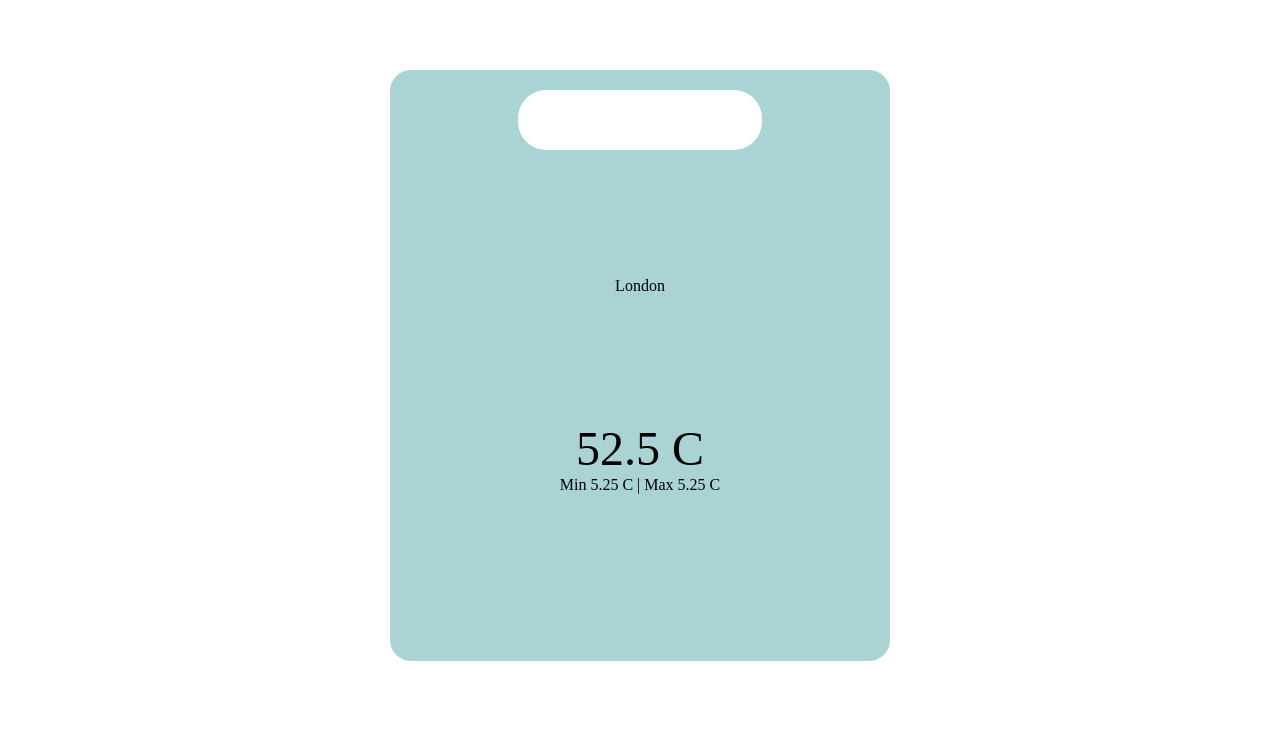
Repository: WajihaGul/Weather-App
Page: /
The author's editor kept a copy of each file at every save. The page is drawn from the files as they stood at one save, then again after the next save.
The browser window is 1280 px wide. The pictures show the whole page.
The project was rebuilt for these pictures with package versions that can differ from the ones it lists, and the page was loaded fresh each time. Also part of the build but not shown: src/index.css.

Above is the page before, as saved 2024-05-29 18:15:11.

### public/index.html
<!DOCTYPE html>
<html lang="en">
  <head>
    <meta charset="utf-8" />
    <link rel="icon" href="%PUBLIC_URL%/favicon.ico" />
    <meta name="viewport" content="width=device-width, initial-scale=1" />
    <meta name="theme-color" content="#000000" />
    <meta
      name="description"
      content="Web site created using create-react-app"
    />
    <link rel="apple-touch-icon" href="%PUBLIC_URL%/logo192.png" />
    <!--
      manifest.json provides metadata used when your web app is installed on a
      user's mobile device or desktop. See https://developers.google.com/web/fundamentals/web-app-manifest/
    -->
    <link rel="stylesheet" href="https://cdnjs.cloudflare.com/ajax/libs/font-awesome/6.5.2/css/all.min.css" integrity="sha512-SnH5WK+bZxgPHs44uWIX+LLJAJ9/2PkPKZ5QiAj6Ta86w+fsb2TkcmfRyVX3pBnMFcV7oQPJkl9QevSCWr3W6A==" crossorigin="anonymous" referrerpolicy="no-referrer" />
    <link rel="manifest" href="%PUBLIC_URL%/manifest.json" />
    <!--
      Notice the use of %PUBLIC_URL% in the tags above.
      It will be replaced with the URL of the `public` folder during the build.
      Only files inside the `public` folder can be referenced from the HTML.

      Unlike "/favicon.ico" or "favicon.ico", "%PUBLIC_URL%/favicon.ico" will
      work correctly both with client-side routing and a non-root public URL.
      Learn how to configure a non-root public URL by running `npm run build`.
    -->
    <title>Weather App</title>
  </head>
  <body>
    <noscript>You need to enable JavaScript to run this app.</noscript>
    <div id="root"></div>
    <!--
      This HTML file is a template.
      If you open it directly in the browser, you will see an empty page.

      You can add webfonts, meta tags, or analytics to this file.
      The build step will place the bundled scripts into the <body> tag.

      To begin the development, run `npm start` or `yarn start`.
      To create a production bundle, use `npm run build` or `yarn build`.
    -->
  </body>
</html>

### src/App.js
import Weather from "./Components/Weather/Weather";
function App() {
  return <Weather />;
}

export default App;

### src/Components/Weather/Weather.jsx
import { TiWeatherCloudy } from "react-icons/ti";
import styles from "./Weather.module.css";
const Weather = () => {
  return (
    <>
      <div className={styles.divhead}>
        <div>
          <input className={styles.search} type="search" />
        </div>
        <div className={styles.city}>London</div>
        <div className={styles.temperature}>52.5 C</div>
        <div className={styles.minmax}>Min 5.25 C | Max 5.25 C</div>
      </div>
    </>
  );
};

export default Weather;

### src/Components/Weather/Weather.module.css
.divhead{
        height: 591px;
    width: 500px;
    background-color: #aad3d5;
    margin: 0 auto;
    margin-top: 70px;
    margin-bottom: 70px;
    display: flex;
    flex-direction: column;
    align-items: center;
    border-radius: 21px;
}
.search{
    margin-top: 20px;
    width: 244px;
    height: 60px;
    border: none;
    border-radius: 28px;
}
.city{
        padding-left: 50px;
    padding-right: 50px;
    padding-top: 126px;
    padding-bottom: 126px;
    font-family: emoji;
}
.temperature{
    font-size: xxx-large;
}

Loaded but not shown: src/index.js (common file); src/reportWebVitals.js (common file)

After the next save:
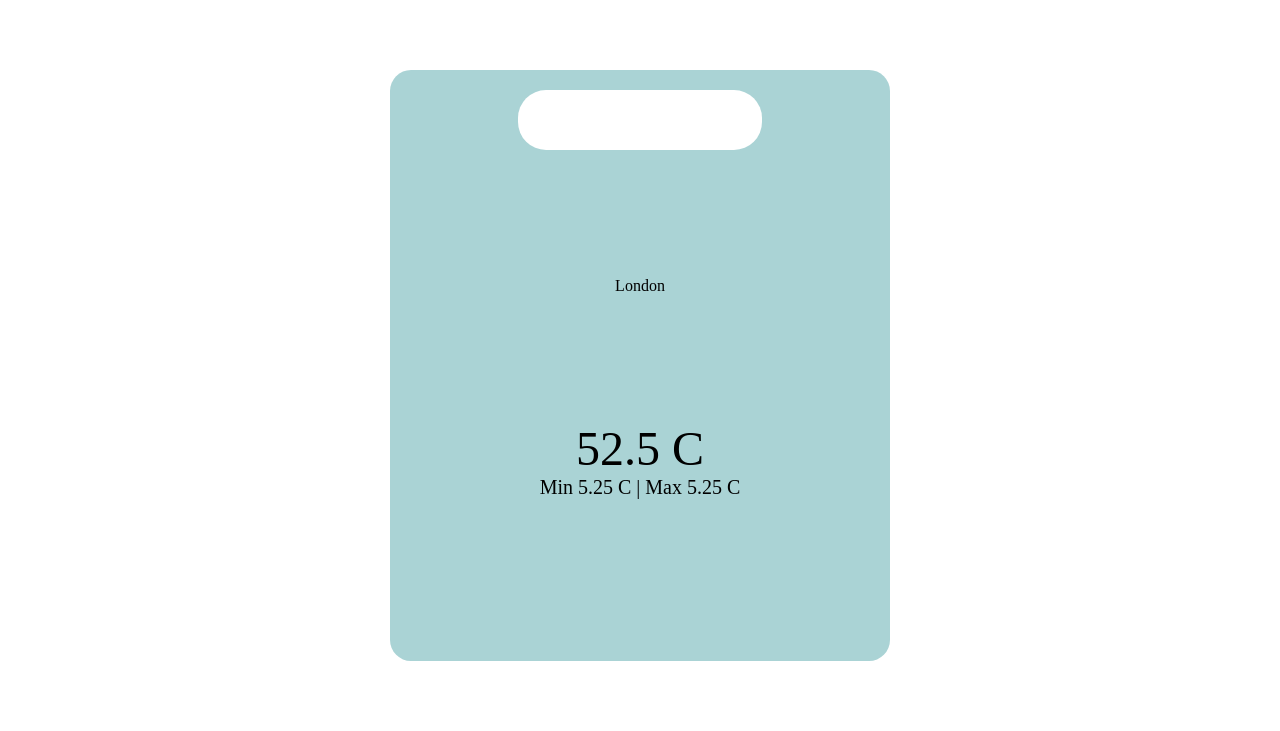
Saved 33 s later.
--- a/src/Components/Weather/Weather.module.css
+++ b/src/Components/Weather/Weather.module.css
@@ -27,3 +27,6 @@
 .temperature{
     font-size: xxx-large;
 }
+.minmax{
+    font-size: 20px;
+}
